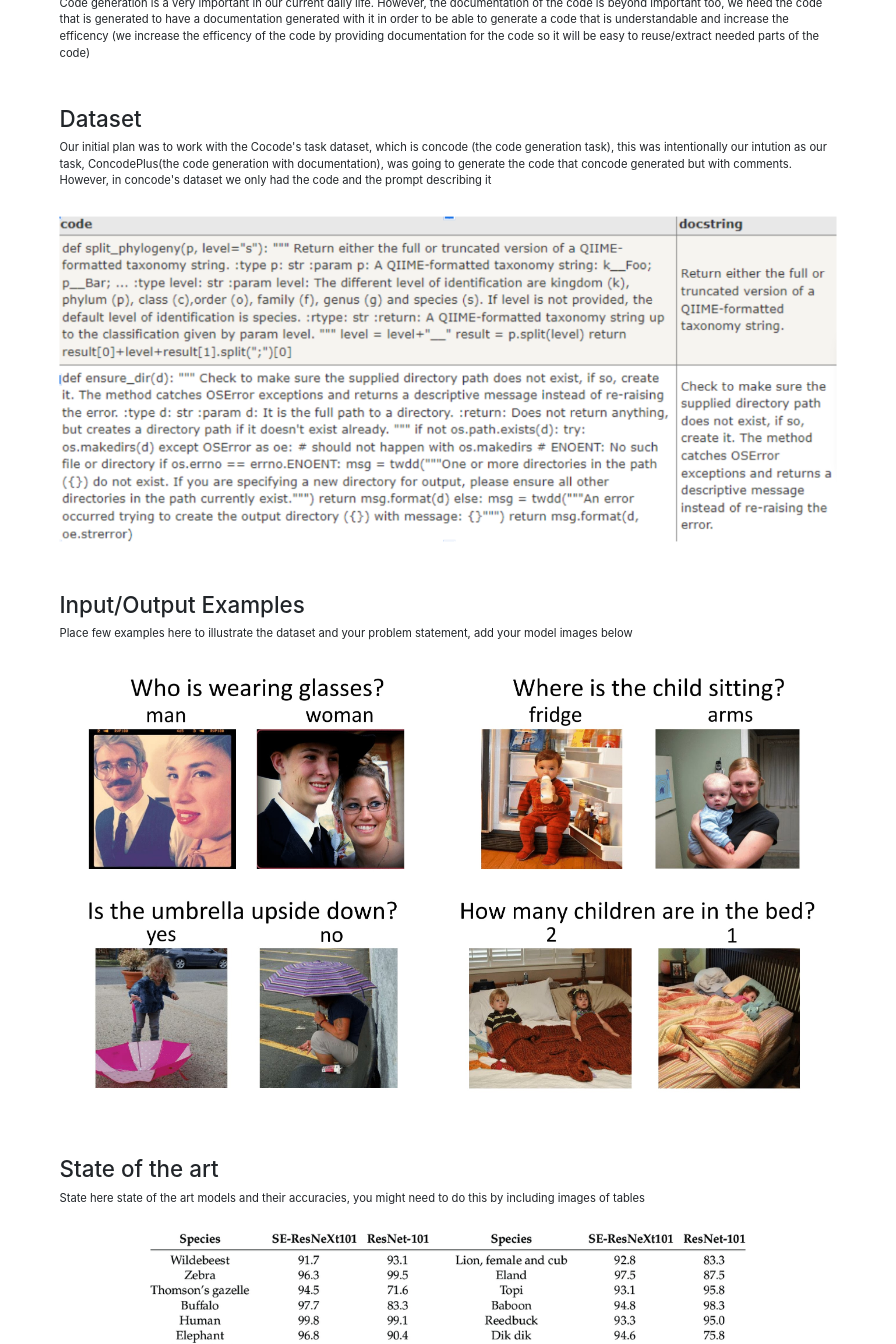
Repository: Shaalan-omar/ConcodePlus
Page: team-specific/index.html
An editor plug-in stored every save of this project. The page is shown before and after the next save, followed by the edit.
The browser window is 1280 px wide. The pictures show the part of the page from y = 329 to 2249 px (the page is 5965 px tall before and 6109 px after), at 70% of full size.

Above is the page before, as saved 2023-05-11 09:49:21.

After the next save:
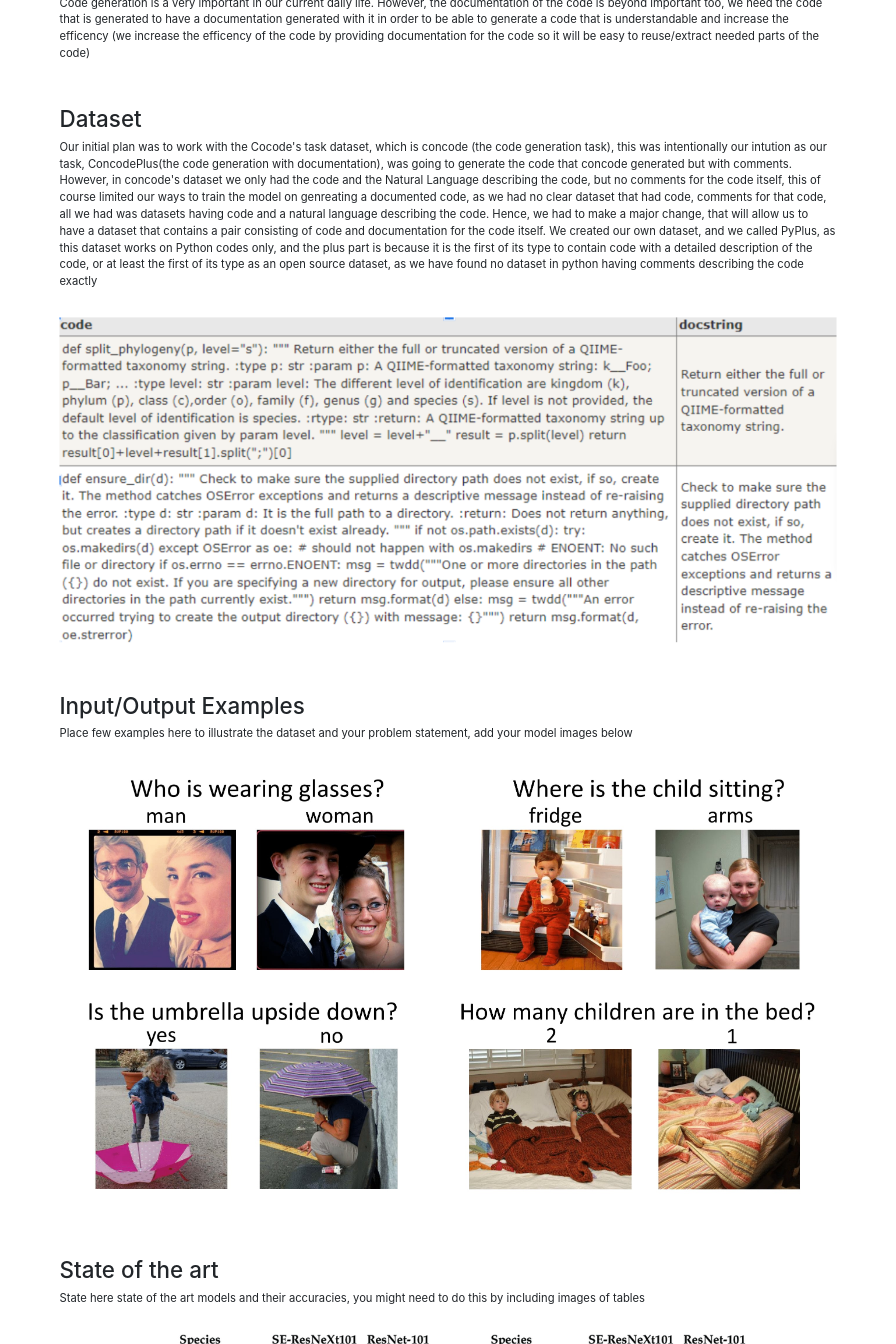
Saved 16 min 37 s later.
--- a/team-specific/index.html
+++ b/team-specific/index.html
@@ -73,8 +73,13 @@
         <p>
 			Our initial plan was to work with the Cocode's task dataset, which is concode (the code generation task), this was intentionally our intution
       as our task, ConcodePlus(the code generation with documentation), was going to generate the code that concode generated but with comments. However,
-      in concode's dataset we only had the code and the prompt describing it
-		</p>
+      in concode's dataset we only had the code and the Natural Language describing the code, but no comments for the code itself, this of course limited our ways
+      to train the model on genreating a documented code, as we had no clear dataset that had code, comments for that code, all we had was datasets having code and
+      a natural language describing the code.
+      Hence, we had to make a major change, that will allow us to have a dataset that contains a pair consisting of code and documentation for the code itself.
+      We created our own dataset, and we called PyPlus, as this dataset works on Python codes only, and the plus part is because it is the first of its type to contain code with a detailed description of the code, or at least the first
+      of its type as an open source dataset, as we have found no dataset in python having comments describing the code exactly
+    </p>
 
 		<br/> <!-- Empty Line before the image -->
 	    <div class="img-container" align="center"> <!-- Block parent element -->
